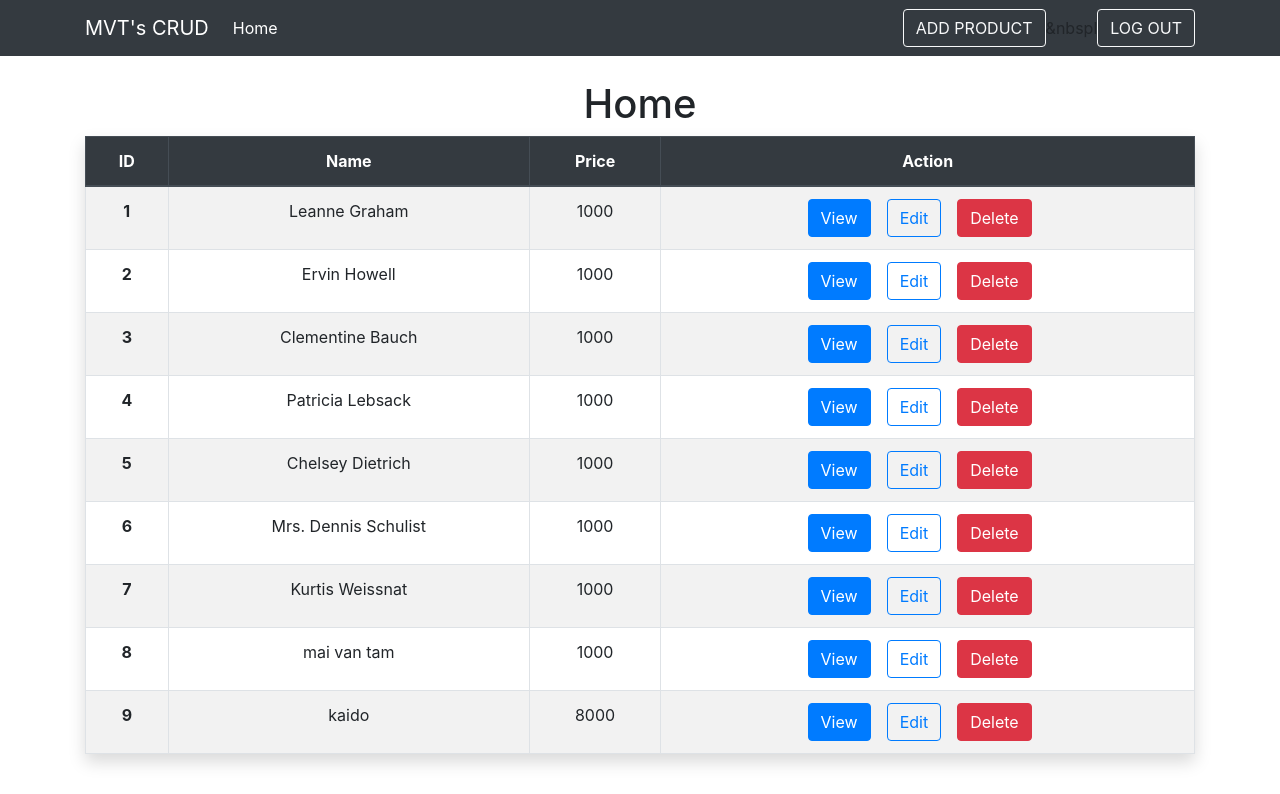
Repository: tammv/crud_product
Page: /
An editor plug-in stored every save of this project. The page is shown before and after the next save, followed by the edit.
The browser window is 1280 px wide. The pictures show the whole page.
The project was rebuilt for these pictures with package versions that can differ from the ones it lists, and the page was loaded fresh each time. Requests to the local data server were answered from the project's data file. Also part of the build but not shown: src/index.css, src/components/pages/NotFound.js, src/components/products/UpdateProduct.js, src/components/products/Product.js, src/components/products/AddProduct.js.

Above is the page before, as saved 2023-07-10 00:26:31.

### src/App.js
import "./App.css";
import React from "react";
import "../node_modules/bootstrap/dist/css/bootstrap.css";
import ManageProduct from "./components/pages/ManageProduct";
import Navbar from "./components/layout/Navbar";
import { BrowserRouter as Router, Route, Routes } from "react-router-dom";
import NotFound from "./components/pages/NotFound";
import UpdateProduct from "./components/products/UpdateProduct";
import Product from "./components/products/Product";
import AddProduct from "./components/products/AddProduct";

function App(props) {
  return (
    <Router>
      <div className="App">
        <Navbar />
        <Routes>
          <Route exact path="/" element={<ManageProduct />} />
          <Route exact path="/products/add" element={<AddProduct />} />
          <Route exact path="/products/update/:id" element={<UpdateProduct />} />
          <Route exact path="/products/:id" element={<Product />}></Route>
          <Route component={NotFound} />
        </Routes>
      </div>
    </Router>
  );
}
export default App;

### src/components/pages/ManageProduct.js
import React, { useState, useEffect } from "react";
import axios from "axios";
import { Link } from "react-router-dom";

const ManageProduct = () => {
  const [products, setProduct] = useState([]);

  useEffect(() => {
    loadProducts();
  }, []);

  const loadProducts = async () => {
    const result = await axios.get("http://localhost:3003/products");
    // console.log(result);
    setProduct(result.data);
  };

  const deleteProduct = async (id) => {
    await axios.delete(`http://localhost:3003/products/${id}`);
    loadProducts();
  };

  return (
    <div className="container">
      <div className="py-4">
        <h1>Home</h1>

        <table class="table table-bordered table-striped shadow">
          <thead class="thead-dark">
            <tr>
              <th scope="col">ID</th>
              <th scope="col">Name</th>
              <th scope="col">Price</th>
              <th scope="col">Action</th>
            </tr>
          </thead>
          <tbody>
            {products.map((product, index) => (
              <tr>
                <th scope="row">{index + 1}</th>
                <td>{product.name}</td>
                <td>{product.price}</td>
                <td>
                  <Link className="btn btn-primary mr-3" to={`/products/${product.id}`}>
                    View
                  </Link>
                  <Link className="btn btn-outline-primary mr-3" to={`/products/update/${product.id}`}>
                    Edit
                  </Link>
                  <Link className="btn btn-danger mr-3" onClick={() => deleteProduct(product.id)}>
                    Delete
                  </Link>
                </td>
              </tr>
            ))}
          </tbody>
        </table>
      </div>
    </div>
  );
};

export default ManageProduct;

### src/components/layout/Navbar.js
import React from "react";
import { Link, NavLink } from "react-router-dom";

const Navbar = () => {
  return (
    <nav className="navbar navbar-expand-lg navbar-dark bg-dark">
      <div className="container">
        <Link className="navbar-brand" to="#">
          MVT's CRUD
        </Link>
        <button
          className="navbar-toggler"
          type="button"
          data-toggle="collapse"
          data-target="#navbarSupportedContent"
          aria-controls="navbarSupportedContent"
          aria-expanded="false"
          aria-label="Toggle navigation"
        >
          <span className="navbar-toggler-icon"></span>
        </button>
        <div className="collapse navbar-collapse">
          <ul className="navbar-nav mr-auto">
            <li className="nav-item ">
              <NavLink className="nav-link" exact to="/">
                Home
              </NavLink>
            </li>
          </ul>
        </div>
        <Link className="btn btn-outline-light" to="/products/add">
          ADD PRODUCT
        </Link>
        &nbspl
        <Link className="btn btn-outline-light" to="#">
          LOG OUT
        </Link>
      </div>
    </nav>
  );
};

export default Navbar;

### db.json
{
  "products": [
    {
      "id": 1,
      "name": "Leanne Graham",
      "price": "1000"
    },
    {
      "id": 2,
      "name": "Ervin Howell",
      "price": "1000"
    },
    {
      "id": 3,
      "name": "Clementine Bauch",
      "price": "1000"
    },
    {
      "id": 4,
      "name": "Patricia Lebsack",
      "price": "1000"
    },
    {
      "id": 5,
      "name": "Chelsey Dietrich",
      "price": "1000"
    },
    {
      "id": 6,
      "name": "Mrs. Dennis Schulist",
      "price": "1000"
    },
    {
      "id": 7,
      "name": "Kurtis Weissnat",
      "price": "1000"
    },
    {
      "id": 8,
      "name": "mai van tam",
      "price": "1000"
    },
    {
      "name": "kaido",
      "price": "8000",
      "id": 9
    }
  ]
}

Loaded but not shown: public/index.html (common file); src/index.js (common file); src/reportWebVitals.js (common file); src/App.css (common file)

After the next save:
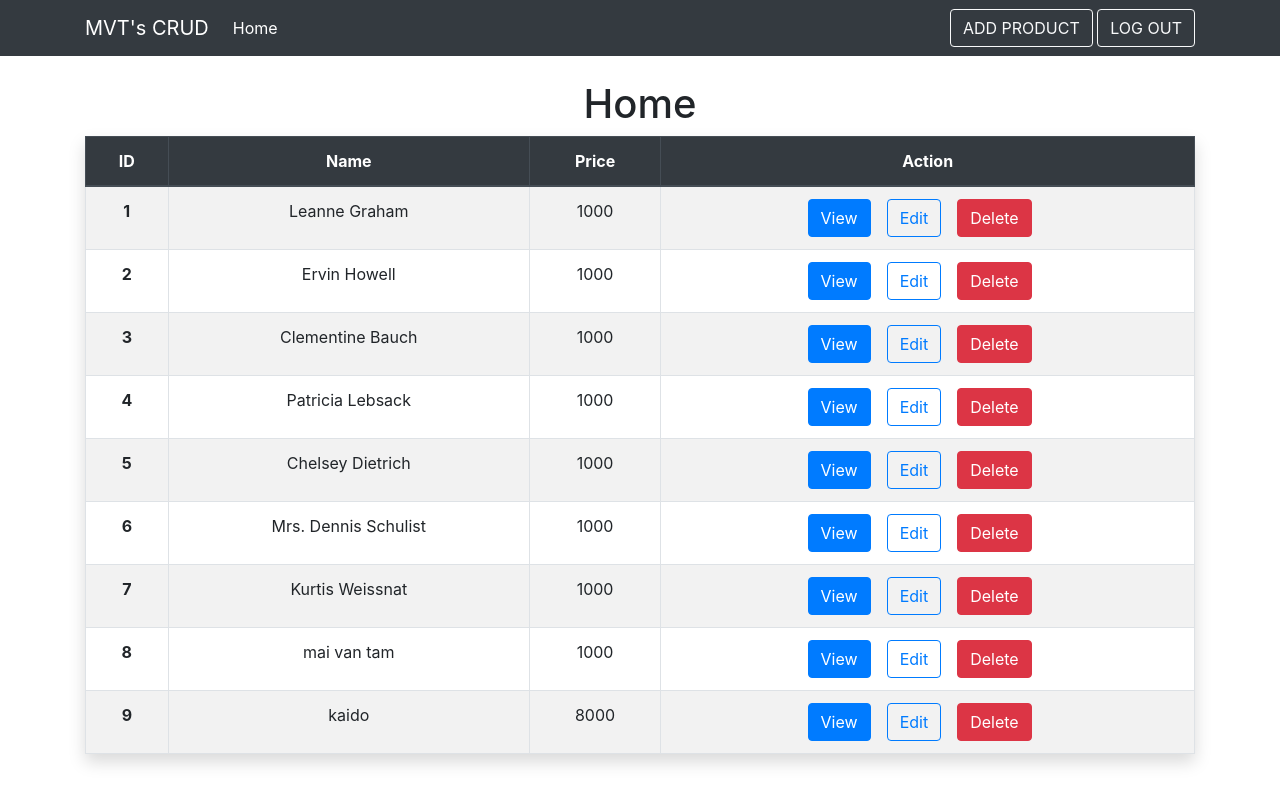
Saved 16 s later.
--- a/src/components/layout/Navbar.js
+++ b/src/components/layout/Navbar.js
@@ -31,7 +31,7 @@ const Navbar = () => {
         <Link className="btn btn-outline-light" to="/products/add">
           ADD PRODUCT
         </Link>
-        &nbspl
+        &nbsp;
         <Link className="btn btn-outline-light" to="#">
           LOG OUT
         </Link>
